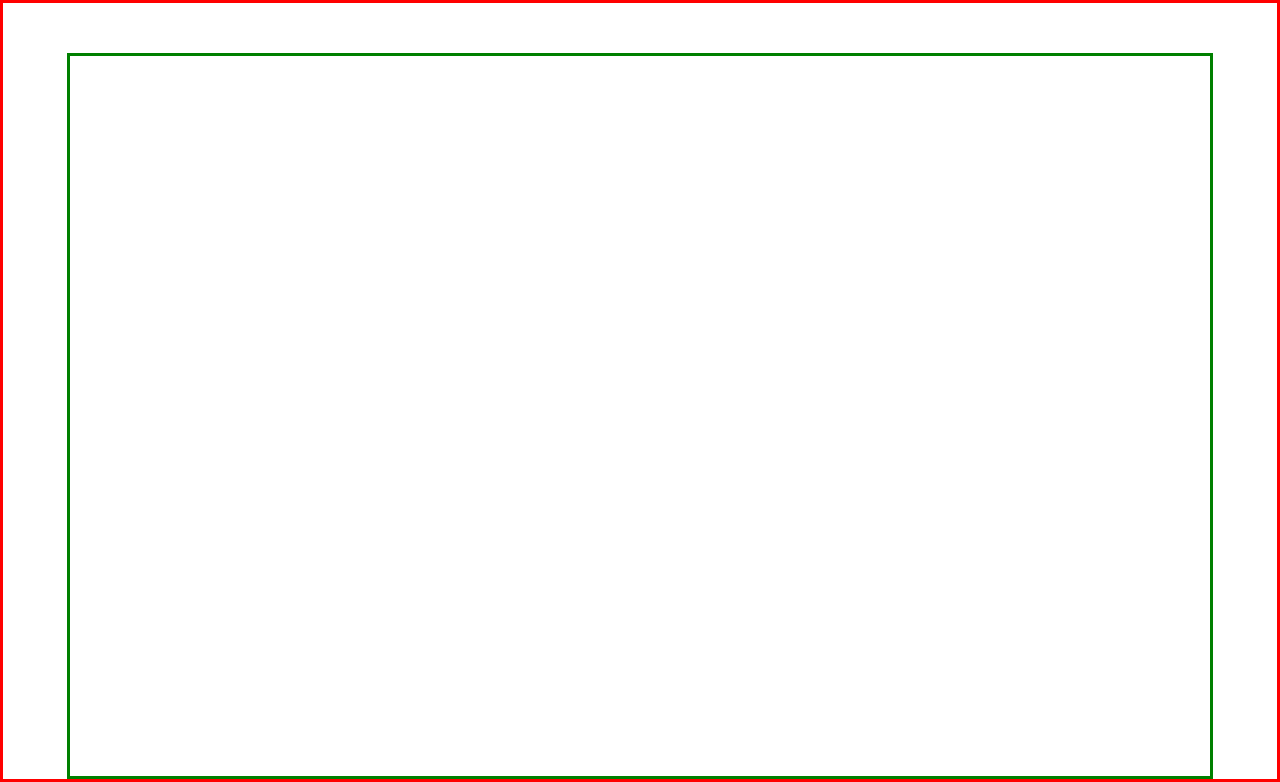
Repository: Achorn/achorn.github.io
Page: /
The author's editor kept a copy of each file at every save. The page is drawn from the files as they stood at one save, then again after the next save.
The browser window is 1280 px wide. The pictures show the whole page.
The project was rebuilt for these pictures with package versions that can differ from the ones it lists, and the page was loaded fresh each time.

Above is the page before, as saved 2023-05-08 10:31:06.

### src/App.js
import logo from "./logo.svg";
import "./App.css";

function App() {
  return (
    <div className="App">
      <header className="App-header">
        {/* <img src={logo} className="App-logo" alt="logo" /> */}
        {/* <p> */}
        {/* Edit <code>src/App.js</code> and save to reload. */}
        {/* </p> */}
        {/* <a
          className="App-link"
          href="https://reactjs.org"
          target="_blank"
          rel="noopener noreferrer"
        >
          Learn React
        </a> */}
      </header>
    </div>
  );
}

export default App;

### src/App.css
.App {
  text-align: center;
  border-style: solid;
  border-color: red;
  padding-top: 50px;
  padding-left: 5vw;
  padding-right: 5vw;
}

.App-logo {
  height: 40vmin;
  pointer-events: none;
}

@media (prefers-reduced-motion: no-preference) {
  .App-logo {
    animation: App-logo-spin infinite 20s linear;
  }
}

.App-header {
  /* background-color: #282c34; */
  border-style: solid;
  border-color: green;
  min-height: 100vh;
  display: flex;
  flex-direction: column;
  align-items: center;
  justify-content: center;
  font-size: calc(10px + 2vmin);
  color: white;
}

.App-link {
  color: #61dafb;
}

@keyframes App-logo-spin {
  from {
    transform: rotate(0deg);
  }
  to {
    transform: rotate(360deg);
  }
}

Loaded but not shown: public/index.html (common file); src/index.js (common file); src/index.css (common file); src/reportWebVitals.js (common file)

After the next save:
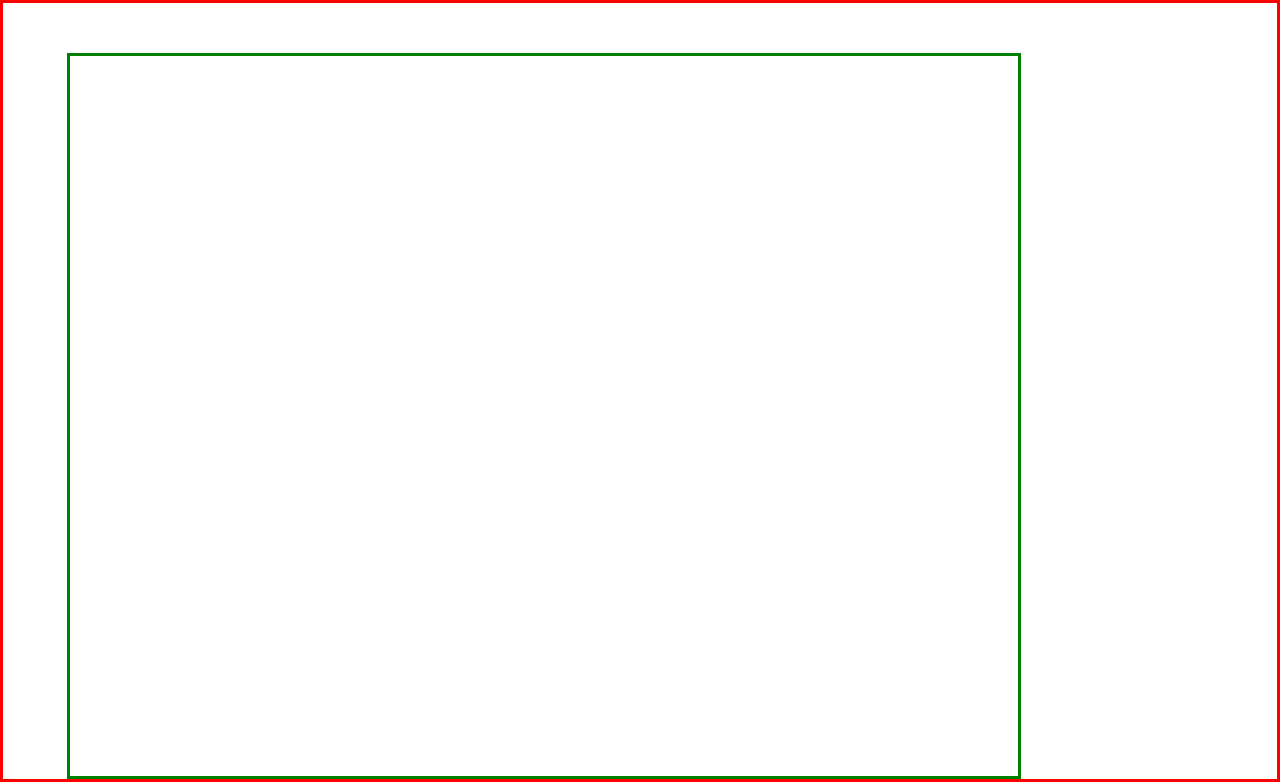
Saved 8 s later.
--- a/src/App.css
+++ b/src/App.css
@@ -4,7 +4,7 @@
   border-color: red;
   padding-top: 50px;
   padding-left: 5vw;
-  padding-right: 5vw;
+  padding-right: 20vw;
 }
 
 .App-logo {
